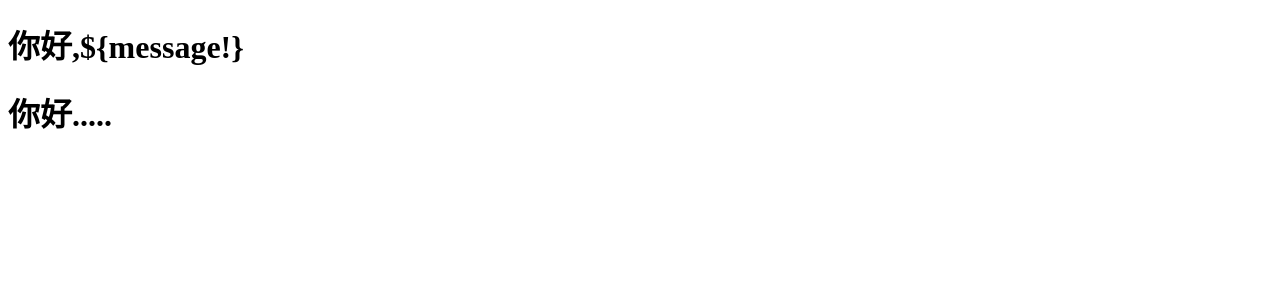
Repository: jionjion/JAVA_WorkSpace
Page: MicroServices/src/main/resources/module/user/hello.html
An editor plug-in stored every save of this project. The page is shown before and after the next save, followed by the edit.
The browser window is 1280 px wide. The pictures show the whole page.

Above is the page before, as saved 2017-07-27 15:55:11.

### MicroServices/src/main/resources/module/user/hello.html
<!DOCTYPE html>
<html>
<head>
<meta charset="UTF-8">
<title>用户展示页</title>
</head>
<body>
	<h1>你好,${message!}</h1>
	<h1>你好.....</h1>
</body>
</html>

After the next save:
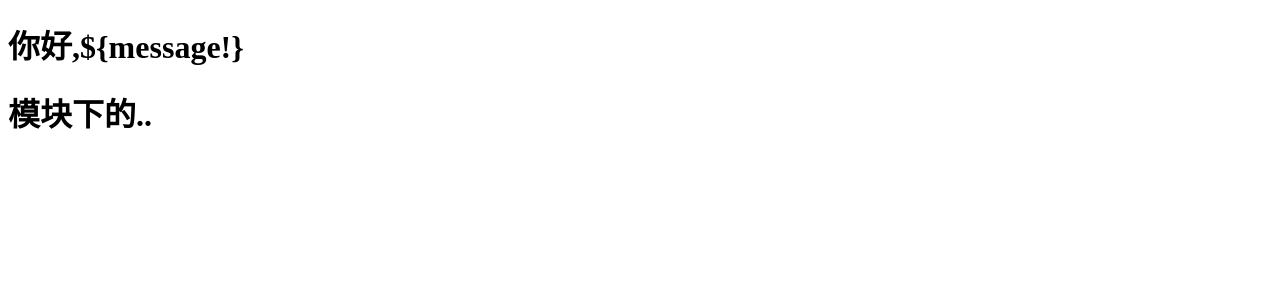
Saved 10 s later.
--- a/MicroServices/src/main/resources/module/user/hello.html
+++ b/MicroServices/src/main/resources/module/user/hello.html
@@ -6,6 +6,6 @@
 </head>
 <body>
 	<h1>你好,${message!}</h1>
-	<h1>你好.....</h1>
+	<h1>模块下的..</h1>
 </body>
 </html>
